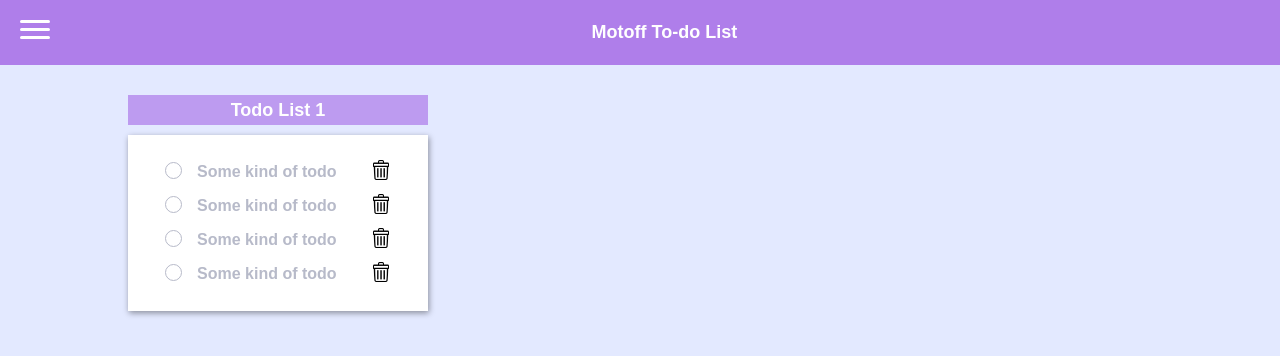
Repository: Amad-Mlinka/Todo-List-Vanilla-JS
Page: index.html
An editor plug-in stored every save of this project. The page is shown before and after the next save, followed by the edit.
The browser window is 1280 px wide. The pictures show the whole page.
The page's requests for data from a server got no answer.

Above is the page before, as saved 2021-09-15 01:19:04.

### index.html
<!DOCTYPE html>
<html lang="en">
  <head>
    <meta charset="UTF-8" />
    <meta http-equiv="X-UA-Compatible" content="IE=edge" />
    <meta name="viewport" content="width=device-width, initial-scale=1.0" />
    <title>ToDo list</title>
    <link rel="stylesheet" href="/styles/style.css" />
    <link rel="stylesheet" href="/styles/hamburger.css" />
    <link rel="stylesheet" href="/styles/header.css" />
    <script src="script.js"></script>
  </head>
  <body>
    <div class="headerContainer">
      <div class="header">
        <div class="hamburger" id="hamburger">
          <span></span>
          <span></span>
          <span></span>
        </div>
        <div class="titleContainer">
          <span class="title">Motoff To-do List</span>
        </div>
      </div>

      <div class="sidebar"></div>
    </div>
    <div class="container">
      <div class="listContainer">
        <div class="listItem">
          <div class="todoHeader">Todo List 1</div>
          <div class="todoData">
            <div class="todoItem">
              <div class="checkDescription">
                <div class="todoCheck"><span class="checkCircle"></span></div>
                <div class="todoDescription">
                  <span class="todoText">Some kind of todo</span>
                </div>
              </div>

              <div class="todoDelete">
                <div class="deleteIconContainer">
                  <img
                    class="deleteIcon"
                    src="/public/images/trash.png"
                    alt=""
                  />
                </div>
                <div class="deleteTooltip"></div>
              </div>
            </div>
            <div class="todoItem">
                <div class="checkDescription">
                  <div class="todoCheck"><span class="checkCircle"></span></div>
                  <div class="todoDescription">
                    <span class="todoText">Some kind of todo</span>
                  </div>
                </div>

                <div class="todoDelete">
                  <div class="deleteIconContainer">
                    <img
                      class="deleteIcon"
                      src="/public/images/trash.png"
                      alt=""
                    />
                  </div>
                  <div class="deleteTooltip"></div>
                </div>
              </div>
              <div class="todoItem">
                <div class="checkDescription">
                  <div class="todoCheck"><span class="checkCircle"></span></div>
                  <div class="todoDescription">
                    <span class="todoText">Some kind of todo</span>
                  </div>
                </div>

                <div class="todoDelete">
                  <div class="deleteIconContainer">
                    <img
                      class="deleteIcon"
                      src="/public/images/trash.png"
                      alt=""
                    />
                  </div>
                  <div class="deleteTooltip"></div>
                </div>
              </div>
              <div class="todoItem">
                <div class="checkDescription">
                  <div class="todoCheck"><span class="checkCircle"></span></div>
                  <div class="todoDescription">
                    <span class="todoText">Some kind of todo</span>
                  </div>
                </div>

                <div class="todoDelete">
                  <div class="deleteIconContainer">
                    <img
                      class="deleteIcon"
                      src="/public/images/trash.png"
                      alt=""
                    />
                  </div>
                  <div class="deleteTooltip"></div>
                </div>
              </div>
          </div>
        </div>
        <div class="addBtnContainer">
          <div class="addTaskBtn"></div>
        </div>
      </div>
    </div>
  </body>
</html>

### styles/style.css
* {
  padding: 0;
  margin: 0;
}

body {
  background-color: rgb(227, 233, 255);
}
.container {
  display: flex;
  flex-direction: column;
  width: 80%;
  margin: auto;
}
.listContainer {
  width: 100%;
  display: flex;
  flex-direction: row;
  flex-wrap: wrap;
  justify-content: flex-start;
}
.listItem {
  display: flex;
  flex-direction: column;
  width: 300px;
  margin-top: 30px;
}
.todoHeader {
  width: 100%;
  display: flex;
  justify-content: center;
  align-items: center;
  height: 30px;
  background: #af7eeab9;
  font-family: sans-serif;
  font-size: 18px;
  font-weight: bolder;
  color: white;
  margin-bottom: 10px;
}
.todoData {
  display: flex;
  flex-direction: column;
  background: #fff;
  padding: 20px;
  box-shadow: 1px 2px 6px 0px rgb(0 0 0 / 40%);
  -webkit-box-shadow: 1px 2px 6px 0px rgb(0 0 0 / 40%);
  -moz-box-shadow: 1px 2px 6px 0px rgb(0 0 0 / 40%);
}
.todoItem {
  display: flex;
  width: 100%;
  justify-content: space-around;
  margin: 5px 0;
}
.checkDescription {
  width: 66%;
  display: flex;
  align-items: center;
}
.todoCheck {
  margin-right: 15px;
}

.deleteIcon {
  width: 20px;
  color: #b7bac9;
}
.checkCircle {
  height: 15px;
  width: 15px;
  background-color: transparent;
  border: 1px solid #b7bac9;
  border-radius: 50%;
  display: inline-block;
}
.todoDescription {
  font-family: sans-serif;
  font-size: 16px;
  font-weight: bolder;
  color: #b7bac9;
}

### styles/hamburger.css

  .hamburger {
    width: 30px;
    height: 25px;
    position: relative;
    -webkit-transform: rotate(0deg);
    -moz-transform: rotate(0deg);
    -o-transform: rotate(0deg);
    transform: rotate(0deg);
    -webkit-transition: 0.5s ease-in-out;
    -moz-transition: 0.5s ease-in-out;
    -o-transition: 0.5s ease-in-out;
    transition: 0.5s ease-in-out;
    cursor: pointer;
    margin: 10px;
  }

  .hamburger span {
    position: absolute;
    height: 3px;
    width: 30px;
    background: white;
    border-radius: 10px;
    opacity: 1;
    left: 0;
    -webkit-transform: rotate(0deg);
    -moz-transform: rotate(0deg);
    -o-transform: rotate(0deg);
    transform: rotate(0deg);
    -webkit-transition: 0.25s ease-in-out;
    -moz-transition: 0.25s ease-in-out;
    -o-transition: 0.25s ease-in-out;
    transition: 0.25s ease-in-out;
  }


  .hamburger span:nth-child(1) {
  top: 0px;
  -webkit-transform-origin: left center;
  -moz-transform-origin: left center;
  -o-transform-origin: left center;
  transform-origin: left center;
  }

  .hamburger span:nth-child(2) {
  top: 8px;
  -webkit-transform-origin: left center;
  -moz-transform-origin: left center;
  -o-transform-origin: left center;
  transform-origin: left center;
  }

  .hamburger span:nth-child(3) {
  top: 16px;
  -webkit-transform-origin: left center;
  -moz-transform-origin: left center;
  -o-transform-origin: left center;
  transform-origin: left center;
  }

  .hamburger.open span:nth-child(1) {
  -webkit-transform: rotate(45deg);
  -moz-transform: rotate(45deg);
  -o-transform: rotate(45deg);
  transform: rotate(45deg);
  top: -3px;
  left: 4px;
  }

  .hamburger.open span:nth-child(2) {
  width: 0%;
  opacity: 0;
  }

  .hamburger.open span:nth-child(3) {
  -webkit-transform: rotate(-45deg);
  -moz-transform: rotate(-45deg);
  -o-transform: rotate(-45deg);
  transform: rotate(-45deg);
  top: 18px;
  left: 4px;
  }

### styles/header.css
.header{
    display: flex;
    flex-direction: row;
    justify-content:space-between;
    background-color:#af7eea;
    padding: 10px;
}
.titleContainer{
    width: 100%;
    display: flex;
}
.title{
    color: white;
    margin: auto;
    font-family: sans-serif;
    font-size:18px;
    font-weight: bolder;
}

### script.js
var getTodos = async () => {
    var res = await fetch("https://jsonplaceholder.typicode.com/todos");
    var todosFull = await res.json();
    var todos=todosFull.slice(0, 20);
    console.log("Todos loaded")
    return todos;
}

document.addEventListener("DOMContentLoaded", async function () {
    const hamburger = document.getElementById("hamburger");
    hamburger.addEventListener("click", function () {
        if (this.classList.contains("open")) {
            this.classList.remove("open")
        } else {
            this.classList.add("open")
        }

    })
    console.log("Hamburger loaded");
    todos = await getTodos();





});

After the next save:
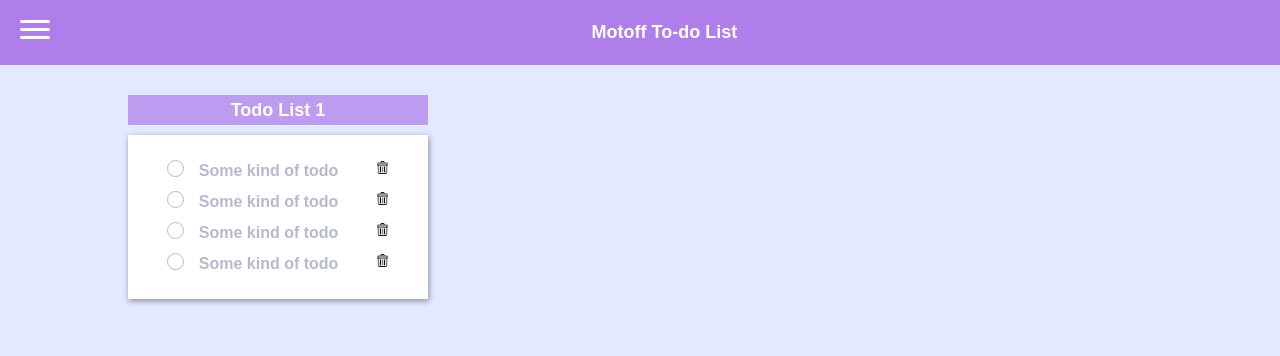
Saved 35 s later.
--- a/styles/style.css
+++ b/styles/style.css
@@ -63,7 +63,7 @@ body {
 }
 
 .deleteIcon {
-  width: 20px;
+  width: 13px;
   color: #b7bac9;
 }
 .checkCircle {
